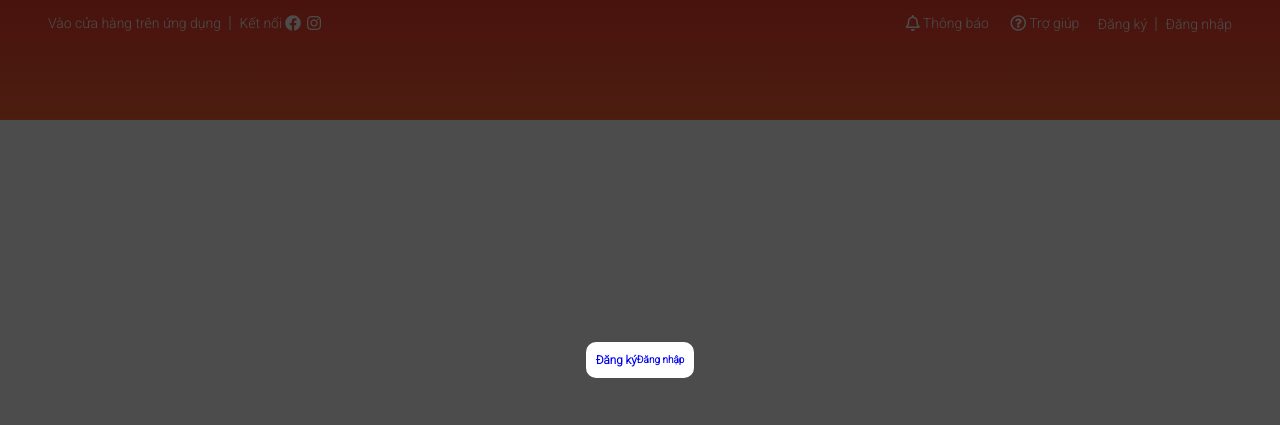
Repository: kebinh1235/Shopee-Demo
Page: index.html
An editor plug-in stored every save of this project. The page is shown before and after the next save, followed by the edit.
The browser window is 1280 px wide. The pictures show the whole page.

Above is the page before, as saved 2021-10-01 21:58:14.

### index.html
<!DOCTYPE html>
<html lang="en">

<head>
  <meta charset="UTF-8">
  <meta http-equiv="X-UA-Compatible" content="IE=edge">
  <meta name="viewport" content="width=device-width, initial-scale=1.0">
  <title>F8 Shop</title>
  <link rel="stylesheet" href="./asset/css/main.css">
  <link rel="stylesheet" href="./asset/css/base.css">
  <link rel="stylesheet" href="https://cdnjs.cloudflare.com/ajax/libs/font-awesome/5.15.4/css/all.min.css">
</head>

<body>
  <div class="app">
    <header class="header">
      <div class="grid">
        <nav class="header__navbar">
          <ul class="header__navbar-list">
            <li class="header__navbar-item header__item-separator">
              Vào cửa hàng trên ứng dụng
              <div class="header__navbar-QRCode">
                <div class="header__navbar-QRCode-img">
                  <img
                    src="https://upload.wikimedia.org/wikipedia/commons/thumb/d/d0/QR_code_for_mobile_English_Wikipedia.svg/1200px-QR_code_for_mobile_English_Wikipedia.svg.png"
                    alt="">
                </div>
                <div class="header__navbar-QRCode-social">
                  <a class="header__navbar-QRCode-link" href="#">
                    <i class="fab fa-google header__navbar-QRCode-icon-google"></i>
                    <span class="header__navbar-QRCode-title-google">Google</span>
                  </a>
                  <a class="header__navbar-QRCode-link" href="#">
                    <i class="fab fa-facebook header__navbar-QRCode-icon-facebook"></i>
                    <span class="header__navbar-QRCode-title-facebook">Facebook</span>
                  </a>
                </div>
              </div>
            </li>
            <li class="header__navbar-item">
              <span class="user__select-none">Kết nối</span>
              <a class="header__navbar-link-icon" href="#">
                <i class="fab fa-facebook header__navbar-icon"></i>
              </a>
              <a class="header__navbar-link-icon" href="#">
                <i class="fab fa-instagram header__navbar-icon"></i>
              </a>
            </li>
          </ul>
          <ul class="header__navbar-list">
            <li class="header__navbar-item">
              <a href="#" class="header__navbar-link">
                <i class="far fa-bell header__navbar-icon"></i>
                Thông báo
              </a>
              <div class="header__navbar-notification">
                <div class="header__navbar-noti-heading">
                  <h3>Thông báo nhận hàng</h3>
                </div>
                <ul class="header__navbar-noti-list">
                  <li class="header__navbar-noti-list-item header__navbar-noti-list-viewd">
                    <a class="header__navbar-noti-list-link" href="#">
                      <img src="https://www.oberlo.com/media/1603958036-new-products.jpg" alt="">
                      <div class="header_navbar-noti-content">
                        <span class="header_navbar-noti-name">Xác thực chính hãng nguồn gốc các sản phẩm Ohui</span>
                        <span class="header_navbar-noti-description">Xác thực chính hãng nguồn gốc các sản phẩm
                          Ohui</span>
                      </div>
                    </a>
                  </li>
                  <li class="header__navbar-noti-list-item header__navbar-noti-list-viewd">
                    <a class="header__navbar-noti-list-link" href="#">
                      <img src="https://www.oberlo.com/media/1603958036-new-products.jpg" alt="">
                      <div class="header_navbar-noti-content">
                        <span class="header_navbar-noti-name">Xác thực chính hãng nguồn gốc các sản phẩm Ohui</span>
                        <span class="header_navbar-noti-description">Xác thực chính hãng nguồn gốc các sản phẩm
                          Ohui</span>
                      </div>
                    </a>
                  </li>
                  <li class="header__navbar-noti-list-item">
                    <a class="header__navbar-noti-list-link" href="#">
                      <img src="https://www.oberlo.com/media/1603958036-new-products.jpg" alt="">
                      <div class="header_navbar-noti-content">
                        <span class="header_navbar-noti-name">Xác thực chính hãng nguồn gốc các sản phẩm Ohui</span>
                        <span class="header_navbar-noti-description">Xác thực chính hãng nguồn gốc các sản phẩm
                          Ohui</span>
                      </div>
                    </a>
                  </li>
                </ul>
                <div class="header__navbar-noti-footer">
                  <a class="header__navbar-noti-footer-link" href="#">Xem tất cả</a>
                </div>
              </div>
            </li>
            <li class="header__navbar-item">
              <a href="#" class="header__navbar-link">
                <i class="far fa-question-circle header__navbar-icon"></i>
                Trợ giúp
              </a>
            </li>
            <li class="header__navbar-item">
              <a href="#" class="header__navbar-link header__item-bold header__item-separator">Đăng ký</a>
            </li>
            <li class="header__navbar-item">
              <a href="#" class="header__navbar-link header__item-bold">Đăng nhập</a>
            </li>
          </ul>
        </nav>
      </div>
    </header>

    <div class="container">

    </div>

    <div class="footer">

    </div>
    <!--Modal-->
    <div class="modal">
      <div class="modal__overlay"></div>
      <div class="modal__body">
        <div class="modal__inner">
          <div class="auth__form">
            <div class="auth__form-heading">
              <a class="auth__form-heading-link" href="#">
                <h3>Đăng ký</h3>
              </a>
              <a class="auth__form-heading-link" href="#">
                <h4>Đăng nhập</h4>
              </a>
            </div>
            <div class="auth__form-form">
              <div class="auth__form-group">

              </div>
            </div>
            <div class="auth__form-note">

            </div>
            <div class="auth__form-controls">

            </div>
            <div class="auth__form-social">

            </div>
          </div>
        </div>
      </div>
    </div>
  </div>
</body>

</html>

### asset/css/main.css
.header {
  height: 120px;
  background: linear-gradient(0, #fe6433, #f53e2d)
}
.header__navbar {
  display: flex;
  justify-content: space-between;
  padding: 10px 0;
}
.header__navbar-QRCode{
  background: white;
  height: 200px;
  position: absolute;
  top: 30px;
  padding: 10px;
  display: none;
  animation: fadeIn ease-out .8s;
}
.header__navbar-item:hover .header__navbar-QRCode {
  display: block;
}
.header__navbar-item:hover .header__navbar-notification {
  display: block;
}
.header__navbar-QRCode-img{
  width: 160px;
}
.header__navbar-QRCode-img img {
  width: 100%;
}
.header__navbar-QRCode-social {
  display: flex;
  align-items: center;
  justify-content: space-between;
}
.header__navbar-QRCode-social:before {
  content: '';
  position: absolute;
  top: -8px;
  left: 0;
  width: 100%;
  height: 10px;
  background: transparent;
}
.header__navbar-QRCode-link {
  font-size: 1.4rem;
  color: var(--text-color);
}
.header__navbar-QRCode-title-google:hover {
  color: #ff1100;
  transition: var(--transition-primary);
}
.header__navbar-QRCode-title-facebook:hover {
  color: blue;
  transition: var(--transition-primary);
}
.header__navbar-QRCode-icon-google {
  color: #ff1100;
}
.header__navbar-QRCode-icon-facebook {
  color: blue;
}
.header__navbar-list {
  list-style: none;
}
.header__navbar-item {
  margin: 0 8px;
  position: relative;
  min-height: 26px;
}
.header__item-separator::after {
  content: '';
  position: absolute;
  right: -10px;
  top: 50%;
  transform: translateY(-50%);
  height: 12px;
  border: 1px solid #FB9086;
}
.header__navbar-item,
.header__navbar-link {
  display: inline-block;
  font-size: 1.4rem;
  color: var(--white-color);
  text-decoration: none;
  font-weight: 300;
}
.header__navbar-item:hover,
.header__navbar-link:hover,
.header__navbar-link-icon:hover {
  cursor: pointer;
  color: rgba(255, 255, 255, 0.7);
}
.header__navbar-item,
.header__navbar-link,
.header__navbar-link-icon {
  display: inline-flex;
  align-items: center;
}
.header__navbar-link-icon {
  color: var(--white-color);
}
.header__navbar-icon {
  font-size: 1.6rem;
  margin: 0 3px;
}
.header__item-bold {
  font-weight: 500;
}
.user__select-none {
  cursor: text;
  color: var(--white-color);
}
.header__navbar-notification{
  position: absolute;
  top: 35px;
  right: 0;
  width: 404px;
  background: var(--white-color);
  display: none;
  box-shadow: rgba(0, 0, 0, 0.16) 0px 1px 4px;
  animation: growthUp ease-in .3s;
  will-change: opacity, transform, scale;
  transform-origin: calc(100% - 20px) top;
}
.header__navbar-notification:before {
  content: "";
  position: absolute;
  top: -10px;
  right: 0;
  width: 100%;
  background: transparent;
  height: 15px;
}
.header__navbar-notification:after {
  content: "";
  position: absolute;
  top: -32px;
  right: 10px;
  border: 20px solid #000;
  border-color: transparent transparent var(--white-color) transparent;
}
.header__navbar-noti-heading{
  padding: 10px;
  box-shadow: rgba(0, 0, 0, 0.16) 0px 1px 4px;
  cursor: default;
}
.header__navbar-noti-heading h3 {
  font-size: 1.6rem;
  color: var(--text-color);
}
.header__navbar-noti-list{
  list-style: none;
  box-shadow: rgba(0, 0, 0, 0.16) 0px 1px 1px;
}
.header__navbar-noti-list-item{
  padding: 8px 10px;
}
.header__navbar-noti-list-viewd{
  background: #ffe3e3;
}
.header__navbar-noti-list-item:hover{
  background: #f3c8c8;
  transition: var(--transition-primary);
}
.header__navbar-noti-list-link{
  display: inline-flex;
  align-items: center;
}
.header__navbar-noti-list-link img{
  width: 60px;
  object-fit: contain;
}
.header_navbar-noti-content{
  padding-left: 10px;
}
.header_navbar-noti-name{
  font-size: 1.4rem;
  font-weight: bold;
  color: var(--text-color);
  margin-bottom: 5px;
  line-height: 2rem;
  text-align: justify;
  display: block;
}
.header_navbar-noti-description{
  font-size: 1.3rem;
  color: var(--text-color-rgb-black);
  display: block;
}
.header__navbar-noti-footer{
  padding: 10px;
  text-align: center;
  box-shadow: rgba(0, 0, 0, 10px) 0px 1px 1px;
}
.header__navbar-noti-footer-link{
  color: var(--text-color-rgb-black);
}

/*Start Modal*/
.modal{
  position: fixed;
  /* top: 0;
  right: 0;
  bottom: 0;
  left: 0; */
  inset: 0;
  display: flex;
}
.modal__overlay{
  position: absolute;
  width: 100%;
  height: 100%;
  background: rgba(0, 0, 0, 0.7);
}
.modal__body{
  margin: auto;
  background: var(--white-color);
  overflow: hidden;
  z-index: 1;
  border-radius: 10px;
}
.modal__inner{
  padding: 10px;
}
.auth__form{

}
.auth__form-heading{
  display: flex;
  justify-content: space-between;
  align-items: center;
}
.auth__form-form{

}
.auth__form-group{

}
.auth__form-note{

}
.auth__form-controls{

}
.auth__form-social{

}
/*End Modal*/

### asset/css/base.css
@import url('https://fonts.googleapis.com/css2?family=Roboto:wght@300&display=swap');
:root {
  --white-color: #fff;
  --black-color: #000;
  --text-color: #333;
  --text-color-rgb-black: rgba(0, 0, 0, 0.7);
  --transition-primary: all .2s linear;
}

* {
  margin: 0;
  padding: 0;
  box-sizing: inherit;
  text-decoration: none;
}

html {
  font-size: 62.5%;
  line-height: 1.6rem;
  border: none;
  outline: none;
  overflow: hidden;
  box-sizing: border-box;
  font-family: 'Roboto', sans-serif;
}

.grid {
  width: 1200px;
  max-width: 100%;
  margin: 0 auto;
}

.grid__full-width {
  width: 100%;
}

.grid__row {
  display: flex;
  flex-wrap: wrap;
}

/*Animation*/
@keyframes fadeIn {
  0% {
    opacity: 0;
  }
  100% {
    opacity: 1;
  }
}

@keyframes growthUp {
  0% {
    opacity: 0;
    transform: scale(0);
  }
  100% {
    opacity: 1;
    transform: scale(1);
  }
}

After the next save:
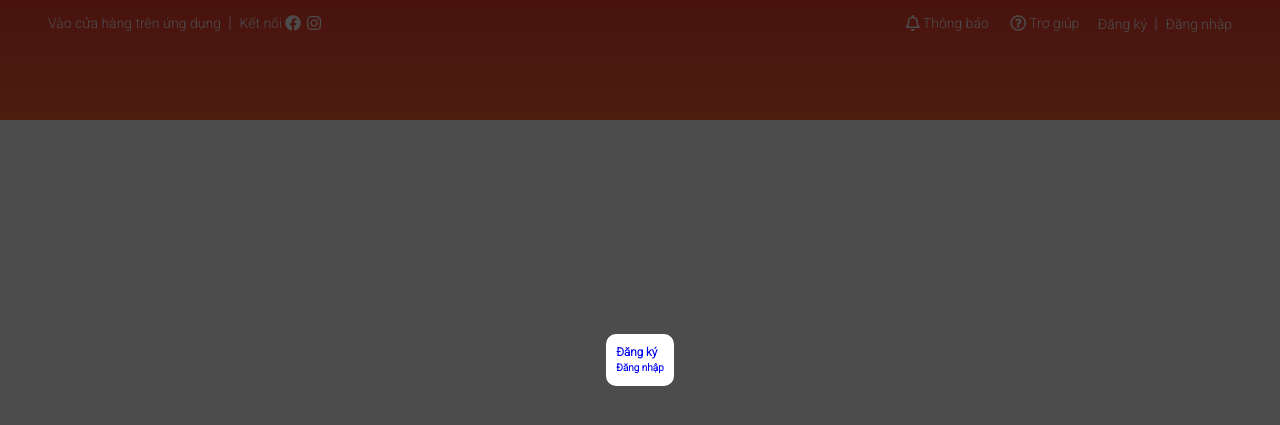
Saved 2 min 36 s later.
--- a/asset/css/main.css
+++ b/asset/css/main.css
@@ -226,10 +226,14 @@
 .auth__form{
 
 }
+.auth__form-header{
+
+}
 .auth__form-heading{
-  display: flex;
-  justify-content: space-between;
-  align-items: center;
+
+}
+.authb__form-btn-switch{
+
 }
 .auth__form-form{
 
@@ -246,4 +250,5 @@
 .auth__form-social{
 
 }
+
 /*End Modal*/
